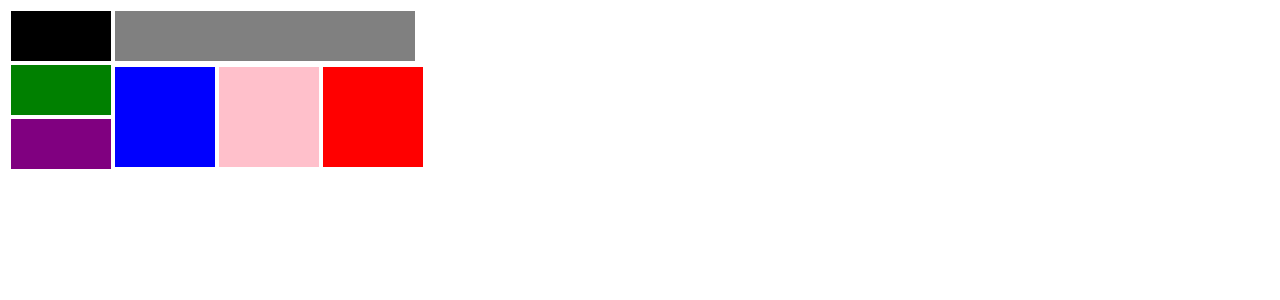
Repository: Sarah7223/internet-programming-tp
Page: TP1/ex1.html
These files come from the project's save history. The page is drawn as it stood at one moment and after the next save; the edit follows.
The browser window is 1280 px wide. The pictures show the whole page.

Above is the page before, as saved 2022-12-23 13:57:48.

### TP1/ex1.html
<!DOCTYPE html>
<html>
    <head>
        <style>
            .div{
                border-spacing: 0px;
                padding: 0px;
            }
            .box1{
                background-color: black;
                height: 50px;
                width: 100px;
            }
            .box2{
                background-color: grey;
                height: 50px;
                width: 300px;
            }
            .box3{
                background-color: green;
                height: 50px;
                width: 100px;
            }
            .box4{
                background-color: blue;
                height: 100px;
                width: 100px;
            }
            .box5{
                background-color: pink;
                height: 100px;
                width: 100px;
            }
            .box6{
                background-color: red;
                height: 100px;
                width: 100px;
            }
            .box7{
                background-color: purple;
                height: 50px;
                width: 100px;
            }
        </style>
    </head>
    <body>
        <table>
            <tbody>
                <tr>
                    <td>
                        <div class="box1"></div></td>
                    <td colspan="3">
                        <div class="box2"></div></td>
                </tr>
                <tr>
                    <td >
                        <div class="box3"></div>
                    </td>
                    <td rowspan="2">
                        <div class="box4"></div>
                    </td>
                    <td rowspan="2">
                        <div class="box5"></div>
                    </td>
                    <td rowspan="2">
                        <div class="box6"></div>
                    </td>
                </tr>
                <tr>
                    <td>
                        <div class="box7"></div>
                    </td>
                </tr>
                </tbody>
        </table>

    </body>
</html>

After the next save:
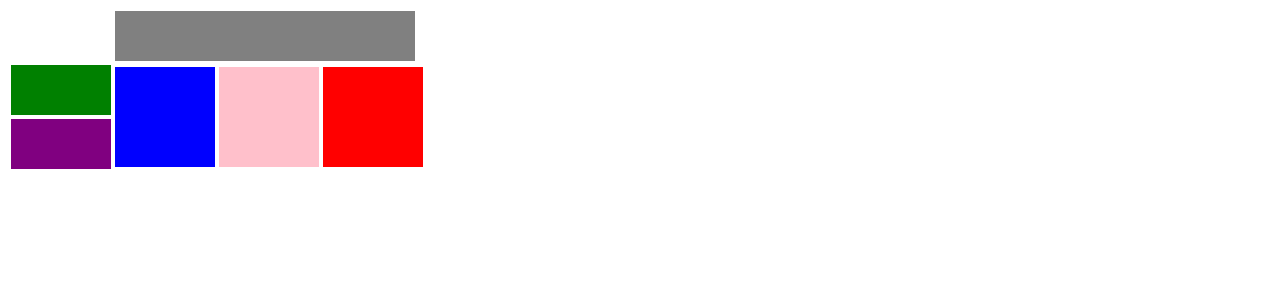
Saved 23 s later.
--- a/TP1/ex1.html
+++ b/TP1/ex1.html
@@ -7,9 +7,9 @@
                 padding: 0px;
             }
             .box1{
-                background-color: black;
-                height: 50px;
-                width: 100px;
+                background-color: red;
+                height: 25%;
+                width: 30%;
             }
             .box2{
                 background-color: grey;
